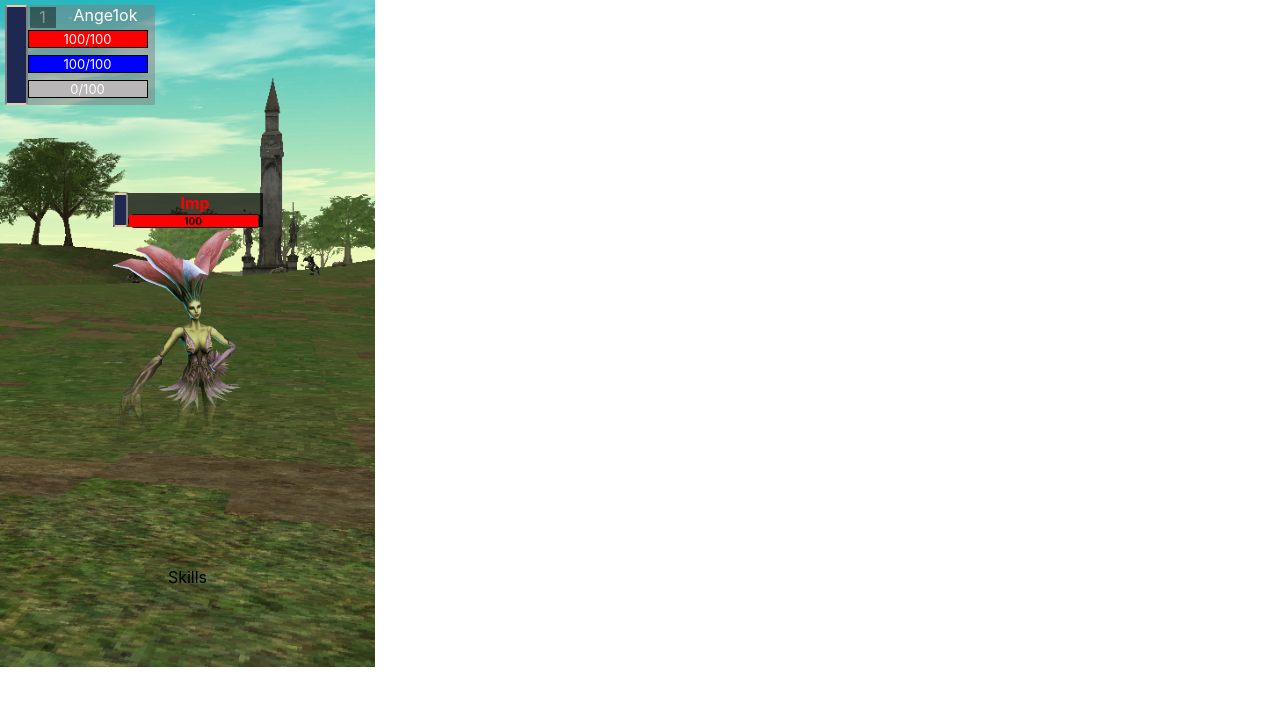
Repository: VYarem4yk/lineage-clicker
Page: /#/GamePage
An editor plug-in stored every save of this project. The page is shown before and after a run of saves, followed by the edit.
The browser window is 1280 px wide. The pictures show the whole page.
The project was rebuilt for these pictures with package versions that can differ from the ones it lists, and the page was loaded fresh each time. Also part of the build but not shown: src/components/LoginPage/Login.css, src/components/LoginPage/LoginPage.jsx.

Above is the page before, as saved 2020-06-26 23:33:28.

### src/index.js
import React from "react";
import ReactDOM from "react-dom";
import "./index.css";
import App from "./App";
import * as serviceWorker from "./serviceWorker";
import { HashRouter } from "react-router-dom";
import store from "./redux/redux";
import { Provider } from "react-redux";

let rerenderEntireTree = (state) => {
  ReactDOM.render(
    <HashRouter basename={process.env.PUBLIC_URL}>
      <Provider store={store}>
        <App />
      </Provider>
    </HashRouter>,

    document.getElementById("root")
  );
};
rerenderEntireTree(store.getState());
store.subscribe(() => {
  let state = store.getState();
  rerenderEntireTree(state);
});

// If you want your app to work offline and load faster, you can change
// unregister() to register() below. Note this comes with some pitfalls.
// Learn more about service workers: https://bit.ly/CRA-PWA
serviceWorker.unregister();

### src/App.js
import React, { Component } from "react";
import "./App.css";
import LoginPage from "./components/LoginPage/LoginPage";
import { Route } from "react-router-dom";
import GamePageContainer from "./components/GamePageContainer/GamePageContainer";

class App extends Component {
  render() {
    return (
      <div className="App">
        <Route path="/LoginPage" render={() => <LoginPage />} />
        <Route path="/GamePage" render={() => <GamePageContainer />} />
      </div>
    );
  }
}

export default App;

### src/redux/redux.js
import { createStore, combineReducers } from "redux";
import { characterReducer } from "./characterReducer";
import { monsterReducer } from "./monsterReducer";

let reducers = combineReducers({
  character: characterReducer,
  monster: monsterReducer,
});

let store = createStore(reducers);

export default store;

### src/App.css
.App {
  text-align: center;
  width: 375px;
  height: 667px;
  background-color: cornflowerblue;
}

.AppTitle {
  margin: 0;
}

### src/components/GamePageContainer/GamePageContainer.jsx
import React, { Component } from "react";
import GamePage from "./GamePage/GamePage";
import { monsterAtacked, monsterKilled } from "../../redux/monsterReducer";
import { xpGain, levelUp } from "../../redux/characterReducer";
import { connect } from "react-redux";

class GamePageContainer extends Component {
  render() {
    return (
      <GamePage
        {...this.props}
        monsterAtacked={this.props.monsterAtacked}
        monsterKilled={this.props.monsterKilled}
        xpGain={this.props.xpGain}
        levelUp={this.props.levelUp}
      />
    );
  }
}

const mapStateToProps = (state) => ({
  character: state.character,
  monster: state.monster,
});

export default connect(mapStateToProps, {
  monsterAtacked,
  monsterKilled,
  xpGain,
  levelUp,
})(GamePageContainer);

### src/redux/characterReducer.js
const XP_GAIN = "XP_GAIN";
const LEVEL_UP = "LEVEL_UP";

let initialState = {
  characterLVL: 1,
  characterHP: 100,
  characterDMG: 30,
  characterMP: 100,
  characterXP: 0,
};

export const characterReducer = (state = initialState, action) => {
  switch (action.type) {
    case XP_GAIN: {
      let stateCopy = { ...state };
      stateCopy.characterXP += action.xp;
      return stateCopy;
    }
    case LEVEL_UP: {
      let stateCopy = { ...state };
      stateCopy.characterXP = 0;
      stateCopy.characterLVL = state.characterLVL + 1;

      return stateCopy;
    }

    default:
      return state;
  }
};

export const xpGain = (gainedXP) => ({ type: XP_GAIN, xp: gainedXP });
export const levelUp = () => ({ type: LEVEL_UP });

### src/redux/monsterReducer.js
const MONSTER_ATACKED = "MONSTER_ATACKED";
const MONSTER_KILLED = "MONSTER_KILLED";

let initialState = {
  monsterHP: 100,
  curentMonsterHP: 100,
  monsterDMG: 10,
  monsterXP: 15,
  isMonsterDead: true,
};

export const monsterReducer = (state = initialState, action) => {
  switch (action.type) {
    case MONSTER_ATACKED: {
      let stateCopy = { ...state };
      stateCopy.curentMonsterHP =
        stateCopy.curentMonsterHP - action.characterDMG;
      return stateCopy;
    }

    case MONSTER_KILLED: {
      let stateCopy = { ...state };
      stateCopy.curentMonsterHP = stateCopy.monsterHP;
      return stateCopy;
    }

    default:
      return state;
  }
};

export const monsterAtacked = (characterDMG) => ({
  type: MONSTER_ATACKED,
  characterDMG: characterDMG,
});
export const monsterKilled = (csdg) => ({
  type: MONSTER_KILLED,
});

### src/components/GamePageContainer/GamePage/GamePage.jsx
import React from "react";
import "./GamePage.css";
import CharacterBar from "../CharacterBar/CharacterBar";
import Monster from "../Monster/Monster";
const GamePage = (props) => {
  return (
    <div className="gamePageWrapper">
      <div className="characterBar-wrapper">
        <CharacterBar
          character={props.character}
          monster={props.monster}
          levelUp={props.levelUp}
        />
      </div>
      <div className="mainField">
        <div className="monster">
          <Monster
            monster={props.monster}
            monsterAtacked={props.monsterAtacked}
            xpGain={props.xpGain}
            characterDMG={props.character.characterDMG}
            monsterKilled={props.monsterKilled}
          />
        </div>
      </div>
      <div className="skillsBar">Skills</div>
    </div>
  );
};

export default GamePage;

### src/components/GamePageContainer/GamePage/GamePage.css
.gamePageWrapper {
  display: grid;
  grid-template-rows: 15% 70% 15%;
  width: 100%;
  height: 100%;
  background-image: url("../../../images/ObeliskOfVictory.PNG");
  background-size: cover;
}

.characterBar-wrapper {
  grid-row: 1/2;
}

.mainField {
  display: grid;
  grid-template-rows: 15% 10% 55%;
  grid-gap: 5%;
  grid-row: 2/3;
}

.skillsBar {
  grid-row: 3/4;
}

.monster {
  grid-row: 2/4;
}

### src/components/GamePageContainer/CharacterBar/CharacterBar.jsx
import React from "react";
import "./CharacterBar.css";
import CharacterHP from "./CharacterHP";
import CharacterMP from "./CharacterMP";
import CharacterXP from "./CharacterXP";

const CharacterBar = (props) => {
  return (
    <div className="characterBar">
      <div className="heroSideBar"></div>
      <div className="heroInfo">
        <div className="heroLevel">{props.character.characterLVL}</div>
        <div className="heroName">Ange1ok</div>
      </div>

      <div className="bar">
        <div className="barHP">
          <CharacterHP characterHP={props.character.characterHP} />
        </div>
        <div className="barMP">
          <CharacterMP characterMP={props.character.characterMP} />
        </div>
        <div className="barXP">
          <CharacterXP
            characterXP={props.character.characterXP}
            levelUp={props.levelUp}
          />
        </div>
      </div>
    </div>
  );
};

export default CharacterBar;

### src/components/GamePageContainer/Monster/Monster.jsx
import React from "react";
import monster from "../../../images/monster.png";
import "./Monster.css";
import MonsterHP from "./MonsterHP";

const Monster = (props) => {
  let atackMonster = () => {
    if (props.monster.curentMonsterHP >= props.characterDMG) {
      props.monsterAtacked(props.characterDMG);
    } else {
      props.xpGain(props.monster.monsterXP);
      props.monsterKilled();
    }
  };
  return (
    <div className="monsterWrapper">
      <div>

      </div>
      <div className="monsterInfo">
        <div className="monsterSideBar"></div>
        <div className="monsterName">Imp</div>
        <div className="monsterHP-wrapper">
          <MonsterHP
            monsterHP={props.monster.monsterHP}
            curentMonsterHP={props.monster.curentMonsterHP}
          />
        </div>
      </div>

      <img src={monster} className="monsterSkin" onClick={atackMonster}></img>
    </div>
  );
};

export default Monster;

### src/components/GamePageContainer/CharacterBar/CharacterBar.css
.characterBar {
  width: 40%;
  height: 100%;
  display: grid;
  grid-template-rows: 25% 25% 25% 25%;
  grid-template-columns: 15% 80%;
  margin: 5px;
  background-color: rgba(128, 128, 128, 0.5);
}

.heroSideBar {
  grid-area: 1/1/5/2;
  background-color: rgb(30, 40, 80);
  border-top: rgb(232, 204, 167) 2px solid;
  border-bottom: rgb(232, 204, 167) 2px solid;
  border-left: grey 2px solid;
  border-right: grey 2px solid;
  border-radius: 3px;
}
.barMP {
  grid-row: 2/3;
}
.characterMP {
  background-color: blue;

  border: 1px solid black;
}
.barXP {
  grid-row: 3/4;
}
.characterXP {
  background-color: rgb(184, 182, 182);

  border: 1px solid black;
}
.barHP {
  grid-row: 1/2;
}
.characterHP {
  background-color: red;

  border: 1px solid black;
}

.bar {
  display: grid;
  grid-template-rows: 30% 30% 30%;
  grid-area: 2/2/5/3;
  row-gap: 3%;
  font-size: 13px;
  color: white;
}

.heroInfo {
  display: grid;
  grid-template-columns: 25% 70%;
  grid-gap: 5%;
  grid-area: 1/2/2/3;
}

.heroInfo .heroLevel {
  grid-column: 1/2;
  color: rgb(150, 150, 150);
  background-color: rgba(0, 0, 0, 0.431);
  margin: 2px;
}

.heroName {
  grid-column: 2/3;
  color: white;
}

### src/components/GamePageContainer/CharacterBar/CharacterHP.jsx
import React from "react";
import "./CharacterBar.css";

const CharacterHP = (props) => {
  return <div className="characterHP">100/100</div>;
};

export default CharacterHP;

### src/components/GamePageContainer/CharacterBar/CharacterMP.jsx
import React from "react";
import "./CharacterBar.css";

const CharacterMP = (props) => {
  return <div className="characterMP">100/100</div>;
};

export default CharacterMP;

### src/components/GamePageContainer/CharacterBar/CharacterXP.jsx
import React from "react";
import "./CharacterBar.css";

const CharacterXP = (props) => {
  if (props.characterXP > 100) {
    props.levelUp();
  } else {
    return <div className="characterXP">{props.characterXP}/100</div>;
  }
};

export default CharacterXP;

### src/components/GamePageContainer/Monster/Monster.css
.monsterWrapper {
  display: flex;
  flex-direction: column;
  align-items: center;
  justify-content: space-between;
}

.monsterSkin {
  height: 80%;
  width: 80%;
  transition: 1s;
}

.monsterSkin:hover {
  height: 90%;
  width: 90%;
  transition: 1s;
}

.monsterHP {
  display: flex;
  position: relative;
  justify-content: start;
  border: 1px solid black;
  border-radius: 10px;

  font-size: 10px;
}

.monsterHP-wrapper {
  grid-area: 2/2/3/3;
}
.hpBG {
  width: 100%;
  background-color: red;
}

.monsterInfo {
  display: grid;
  grid-template-rows: 60% 40%;
  grid-template-columns: 10% 90%;
  width: 40%;

  font-weight: bold;
  background-color: rgba(0, 0, 0, 0.726);
}

.monsterName {
  grid-area: 1/2/2/3;
  color: red;
}

.monsterSideBar {
  grid-area: 1/1/3/2;
  background-color: rgb(30, 40, 80);
  border-top: rgb(232, 204, 167) 2px solid;
  border-bottom: rgb(232, 204, 167) 2px solid;
  border-left: grey 2px solid;
  border-right: grey 2px solid;
  border-radius: 3px;
}

### src/components/GamePageContainer/Monster/MonsterHP.jsx
import React from "react";
import "./Monster.css";

const MonsterHP = (props) => {
  return (
    <div className="monsterHP">
      <div
        className="hpBG"
        style={({ background: "red" }, { width: `${props.curentMonsterHP}%` })}
      >
        {props.curentMonsterHP}
      </div>
      <div>|</div>
    </div>
  );
};

export default MonsterHP;

Loaded but not shown: public/index.html (common file); src/index.css (common file); src/serviceWorker.js (common file)

After the next 2 saves:
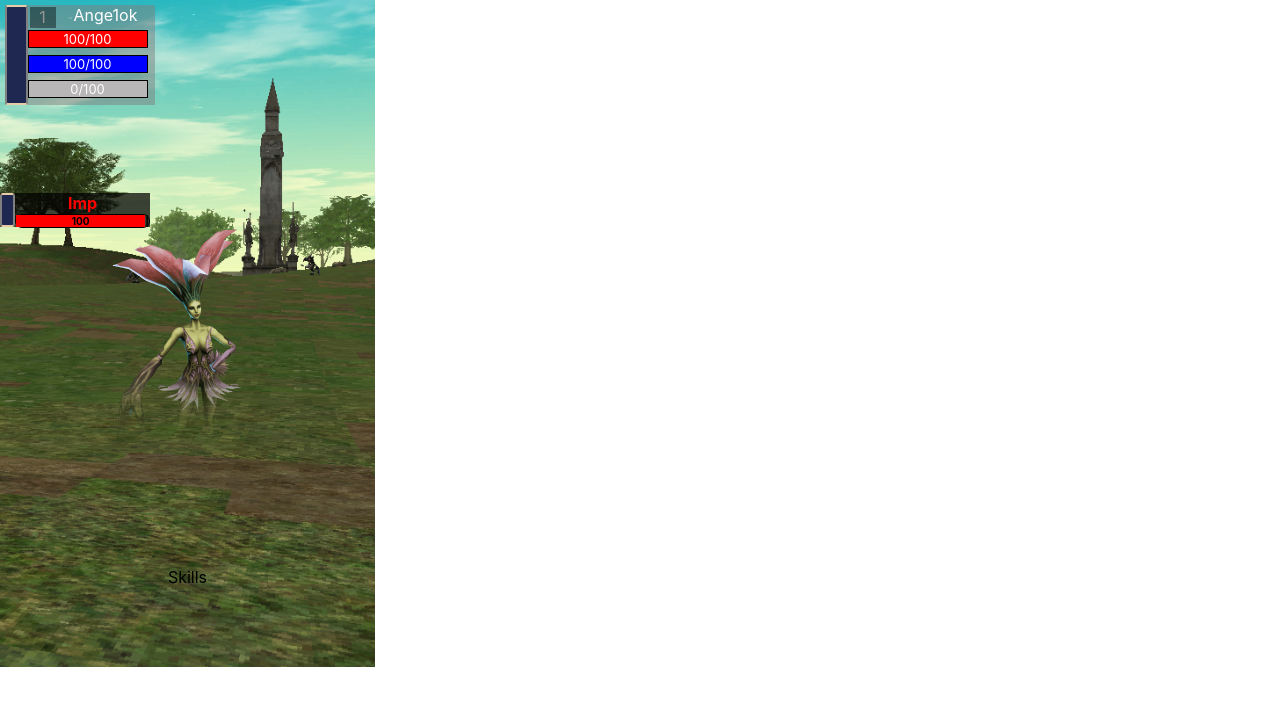
The 2 saves are shown as one change because 1 did not build or start.
The last was saved 10 s later.
--- a/src/components/GamePageContainer/Monster/Monster.jsx
+++ b/src/components/GamePageContainer/Monster/Monster.jsx
@@ -15,20 +15,19 @@
   return (
     <div className="monsterWrapper">
       <div>
+        <div className="monsterInfo">
+          <div className="monsterSideBar"></div>
+          <div className="monsterName">Imp</div>
+          <div className="monsterHP-wrapper">
+            <MonsterHP
+              monsterHP={props.monster.monsterHP}
+              curentMonsterHP={props.monster.curentMonsterHP}
+            />
+          </div>
+        </div>
 
+        <img src={monster} className="monsterSkin" onClick={atackMonster}></img>
       </div>
-      <div className="monsterInfo">
-        <div className="monsterSideBar"></div>
-        <div className="monsterName">Imp</div>
-        <div className="monsterHP-wrapper">
-          <MonsterHP
-            monsterHP={props.monster.monsterHP}
-            curentMonsterHP={props.monster.curentMonsterHP}
-          />
-        </div>
-      </div>
-
-      <img src={monster} className="monsterSkin" onClick={atackMonster}></img>
     </div>
   );
 };

After the 4 saves that followed:
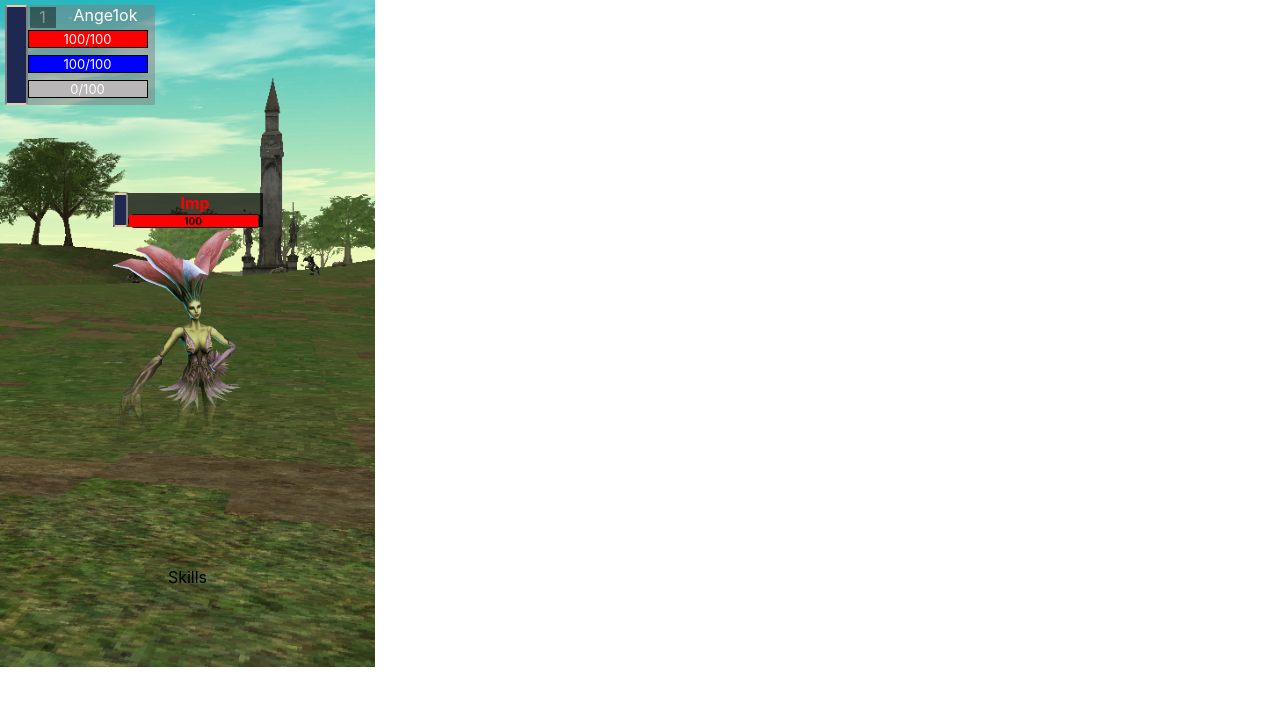
The 4 saves are shown as one change because they came seconds apart.
The last was saved 38 s later.
--- a/src/components/GamePageContainer/Monster/Monster.jsx
+++ b/src/components/GamePageContainer/Monster/Monster.jsx
@@ -14,20 +14,18 @@
   };
   return (
     <div className="monsterWrapper">
-      <div>
-        <div className="monsterInfo">
-          <div className="monsterSideBar"></div>
-          <div className="monsterName">Imp</div>
-          <div className="monsterHP-wrapper">
-            <MonsterHP
-              monsterHP={props.monster.monsterHP}
-              curentMonsterHP={props.monster.curentMonsterHP}
-            />
-          </div>
+      <div className="monsterInfo">
+        <div className="monsterSideBar"></div>
+        <div className="monsterName">Imp</div>
+        <div className="monsterHP-wrapper">
+          <MonsterHP
+            monsterHP={props.monster.monsterHP}
+            curentMonsterHP={props.monster.curentMonsterHP}
+          />
         </div>
+      </div>
 
-        <img src={monster} className="monsterSkin" onClick={atackMonster}></img>
-      </div>
+      <img src={monster} className="monsterSkin" onClick={atackMonster}></img>
     </div>
   );
 };
